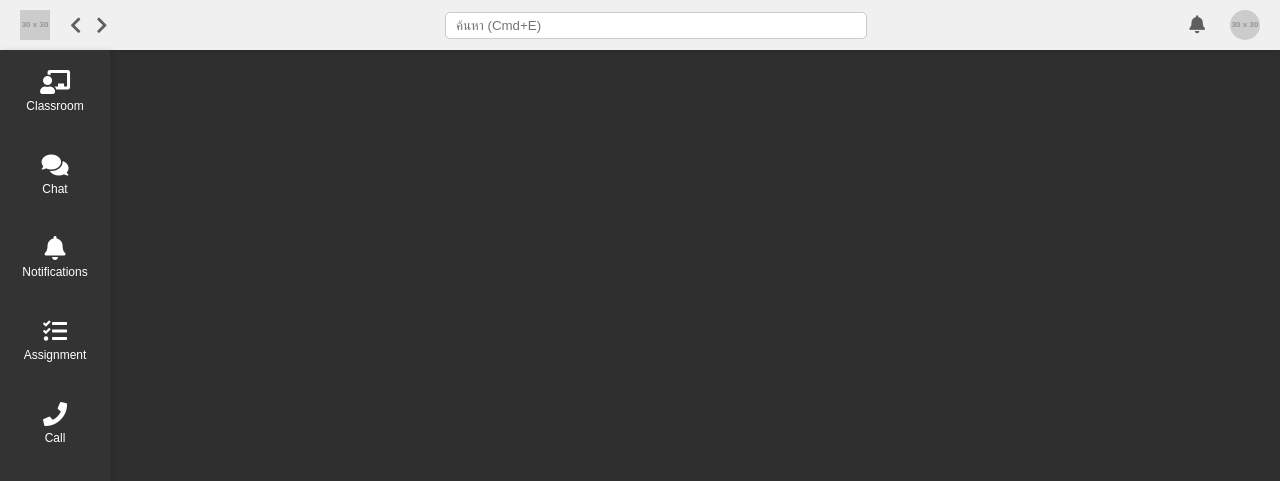
Repository: praifas16/ProPro
Page: docs/studenthead.html
The author's editor kept a copy of each file at every save. The page is drawn from the files as they stood at one save, then again after the next save.
The browser window is 1280 px wide. The pictures show the whole page.

Above is the page before, as saved 2024-08-21 20:54:45.

### docs/studenthead.html
<!DOCTYPE html>
<html lang="th">
  <head>
    <link rel="stylesheet" href="https://cdnjs.cloudflare.com/ajax/libs/font-awesome/5.15.4/css/all.min.css">
    <meta charset="UTF-8" />
    <meta name="viewport" content="width=device-width, initial-scale=1.0" />
    <title>My Dashboard</title>
    <style>
      body {
        font-family: Arial, sans-serif;
        margin: 0;
        padding: 0;
        background-color: #2f2f2f;
        display: flex;
        flex-direction: column;
        height: 100vh;
      }

      /* แถบเมนูด้านบน */
      .topbar {
        background-color: #f0f0f0;
        padding: 10px 20px;
        display: flex;
        align-items: center;
        justify-content: space-between;
        box-shadow: 0px 2px 4px rgba(0, 0, 0, 0.1);
      }

      .topbar .left-section {
        display: flex;
        align-items: center;
      }

      .topbar .left-section .logo {
        display: flex;
        align-items: center;
        margin-right: 20px;
      }

      .topbar .left-section .logo img {
        width: 30px;
        height: 30px;
      }

      .topbar .left-section .navigation {
        display: flex;
        align-items: center;
      }

      .topbar .left-section .navigation i {
        font-size: 18px;
        color: #5f5f5f;
        margin-right: 15px;
        cursor: pointer;
      }

      .topbar .search-bar {
        flex-grow: 1;
        display: flex;
        justify-content: center;
      }

      .topbar .search-bar input {
        width: 400px;
        padding: 5px 10px;
        border-radius: 5px;
        border: 1px solid #ccc;
        background-color: #fff;
        color: #333;
      }

      .topbar .user-section {
        display: flex;
        align-items: center;
      }

      .topbar .user-section img {
        width: 30px;
        height: 30px;
        border-radius: 50%;
        margin-left: 10px;
      }

      .topbar .user-section .notification {
        margin-right: 15px;
        position: relative;
        font-size: 18px;
        color: #5f5f5f;
        cursor: pointer;
      }

      /* เมนูแถบข้าง */
      .sidebar {
        width: 70px;
        background-color: #333;
        color: white;
        height: calc(100vh - 60px); /* Adjusted to take into account the topbar height */
        padding: 20px 20px;
        box-shadow: 2px 0 5px rgba(0, 0, 0, 0.1);
        display: flex;
        flex-direction: column;
        align-items: center;
      }

      .menu-items {
        margin-top: -10px; /* ขยับเมนูขึ้นไปด้านบน */
      }

      .sidebar a {
        display: flex;
        flex-direction: column;
        align-items: center;
        color: white;
        padding: 10px;
        text-decoration: none;
        margin-bottom: 20px;
        font-size: 12px;
        text-align: center;
      }

      .sidebar a:hover {
        background-color: #5f5f5f;
        border-radius: 4px;
        width: 80%;
        text-align: center;
      }

      .sidebar i {
        font-size: 24px;
        margin-bottom: 5px;
      }

      .card {
        background-color: #ffffff;
        border-radius: 10px;
        box-shadow: 0 4px 6px rgba(0, 0, 0, 0.1);
        text-align: center;
        padding: 20px;
        transition: transform 0.3s;
      }

      .card:hover {
        transform: scale(1.05);
      }

      .card img {
        width: 50px;
        height: 50px;
        margin-bottom: 10px;
      }

      .card p {
        margin: 0;
        font-size: 16px;
      }
    </style>
  </head>
  <body>
    <!-- แถบเมนูด้านบน -->
    <div class="topbar">
      <div class="left-section">
        <div class="logo">
          <img src="https://via.placeholder.com/30" alt="Logo" />
        </div>
        <div class="navigation">
          <i class="fas fa-chevron-left"></i>
          <i class="fas fa-chevron-right"></i>
        </div>
      </div>
      <div class="search-bar">
        <input type="text" placeholder="ค้นหา (Cmd+E)" />
      </div>
      <div class="user-section">
        <div class="notification">
          <i class="fa fa-bell"></i>
        </div>
        <img src="https://via.placeholder.com/30" alt="User Avatar" />
      </div>
    </div>

    <!-- เมนูแถบข้าง -->
    <div class="sidebar">
      <div class="menu-items">
        <a href="#"
          ><i class="fa fa-chalkboard-teacher"></i><span>Classroom</span></a
        >
        <a href="#"><i class="fa fa-comments"></i><span>Chat</span></a>
        <a href="#"><i class="fa fa-bell"></i><span>Notifications</span></a>
        <a href="#"><i class="fa fa-tasks"></i><span>Assignment</span></a>
        <a href="#"><i class="fa fa-phone"></i><span>Call</span></a>
      </div>
    </div>
  </body>
</html>

After the next save:
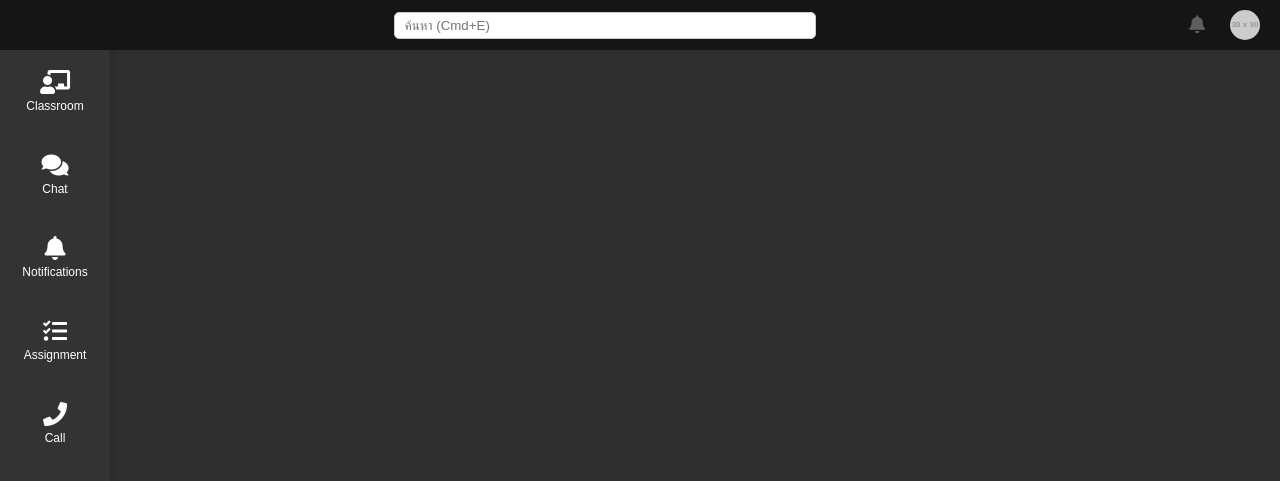
Saved 2 min 15 s later.
--- a/docs/studenthead.html
+++ b/docs/studenthead.html
@@ -18,40 +18,12 @@
 
       /* แถบเมนูด้านบน */
       .topbar {
-        background-color: #f0f0f0;
+        background-color: #151515;
         padding: 10px 20px;
         display: flex;
         align-items: center;
         justify-content: space-between;
         box-shadow: 0px 2px 4px rgba(0, 0, 0, 0.1);
-      }
-
-      .topbar .left-section {
-        display: flex;
-        align-items: center;
-      }
-
-      .topbar .left-section .logo {
-        display: flex;
-        align-items: center;
-        margin-right: 20px;
-      }
-
-      .topbar .left-section .logo img {
-        width: 30px;
-        height: 30px;
-      }
-
-      .topbar .left-section .navigation {
-        display: flex;
-        align-items: center;
-      }
-
-      .topbar .left-section .navigation i {
-        font-size: 18px;
-        color: #5f5f5f;
-        margin-right: 15px;
-        cursor: pointer;
       }
 
       .topbar .search-bar {
@@ -158,15 +130,6 @@
   <body>
     <!-- แถบเมนูด้านบน -->
     <div class="topbar">
-      <div class="left-section">
-        <div class="logo">
-          <img src="https://via.placeholder.com/30" alt="Logo" />
-        </div>
-        <div class="navigation">
-          <i class="fas fa-chevron-left"></i>
-          <i class="fas fa-chevron-right"></i>
-        </div>
-      </div>
       <div class="search-bar">
         <input type="text" placeholder="ค้นหา (Cmd+E)" />
       </div>
